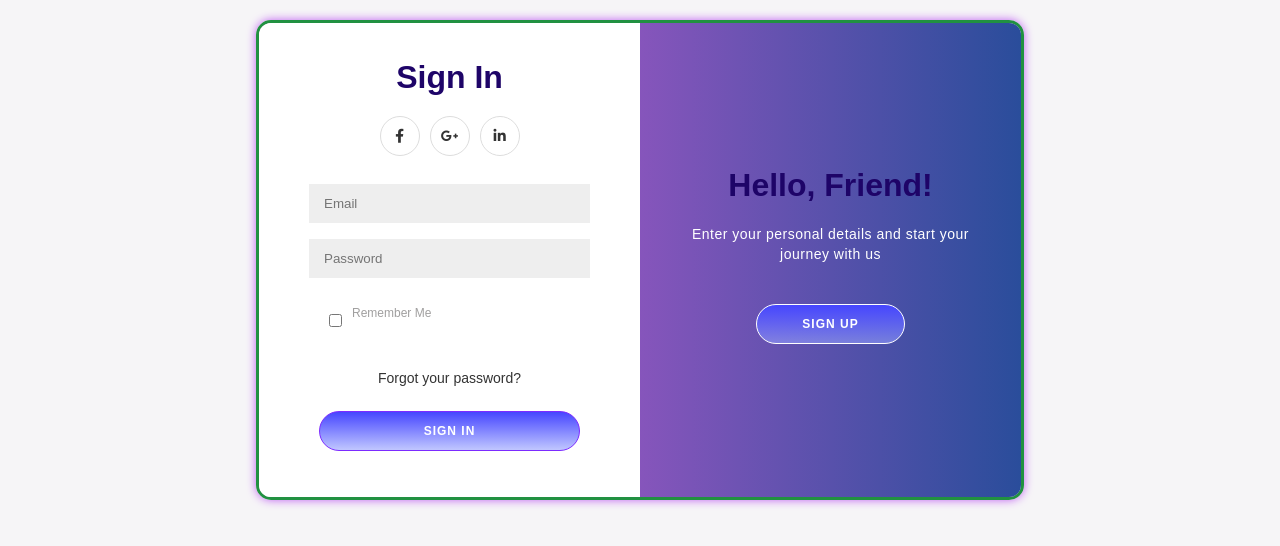
Repository: Zulfiyya077/InternIntelligence_LoginPage
Page: /
These files come from the project's save history. The page is drawn as it stood at one moment and after a run of saves; the edit follows.
The browser window is 1280 px wide. The pictures show the whole page.
The project was rebuilt for these pictures with package versions that can differ from the ones it lists, and the page was loaded fresh each time. Also part of the build but not shown: vite.config.js.

Above is the page before, as saved 2025-02-02 07:41:51.

After the next 2 saves:
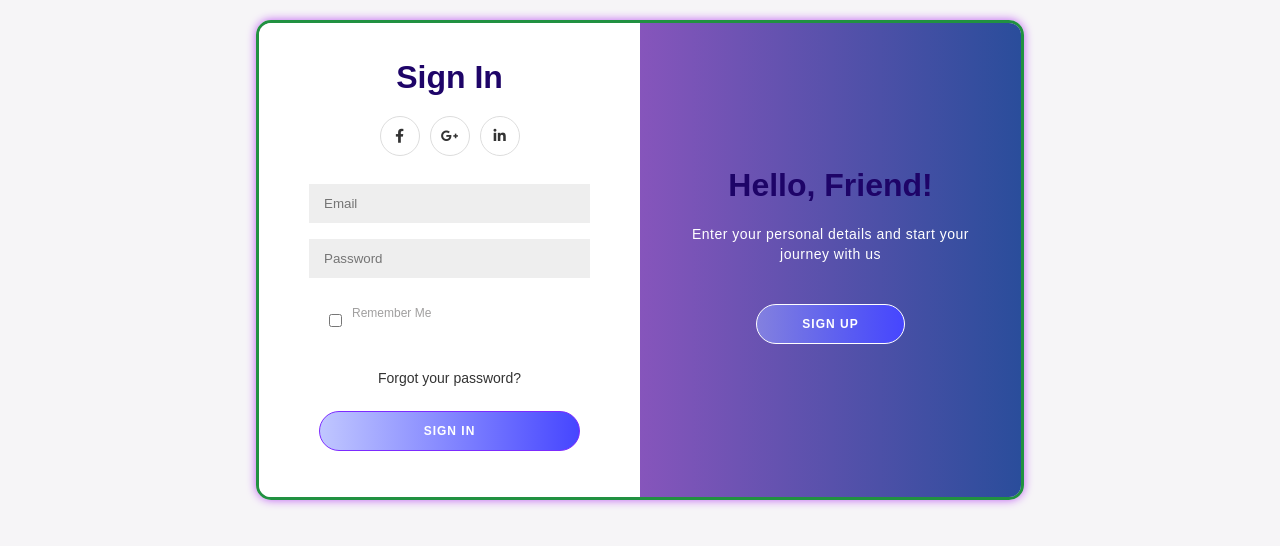
The 2 saves are shown as one change because they came seconds apart.
The last was saved 59 s later.
--- a/src/components/SignInUpForm.module.css
+++ b/src/components/SignInUpForm.module.css
@@ -55,7 +55,7 @@
     border-radius: 20px;
     border: 1px solid #7c2bff;
     background: rgb(186,63,251);
-background: linear-gradient(180deg, rgb(70, 70, 255) 0%, rgba(149, 160, 255, 0.591) 100%);
+background: linear-gradient(270deg, rgb(70, 70, 255) 0%, rgba(149, 160, 255, 0.591) 100%);
     color: #FFFFFF;
     font-size: 12px;
     font-weight: bold;
